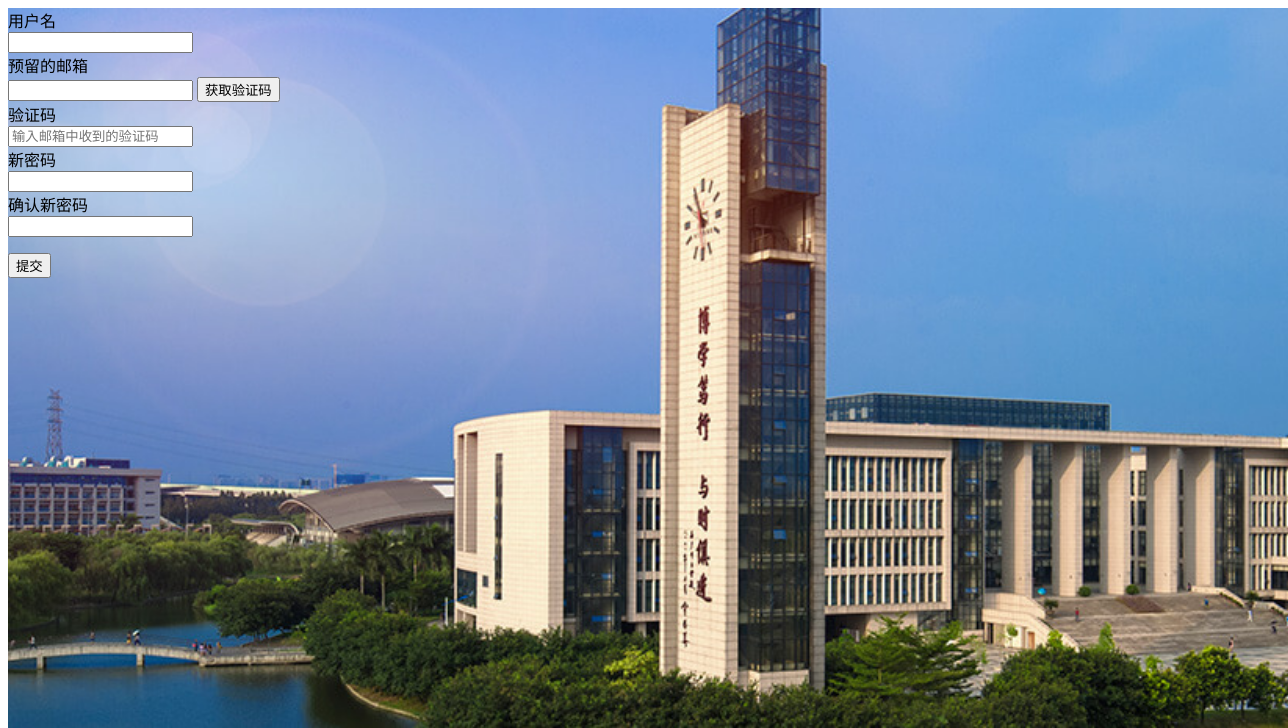
Repository: IAmJiangWenHao/ReportServer
Page: demo.html
The author's editor kept a copy of each file at every save. The page is drawn from the files as they stood at one save, then again after the next save.
The browser window is 1280 px wide. The page is 1288 px wide, so the pictures cover 1288 px, including what lies to the right of the window. The pictures show the whole page.

Above is the page before, as saved 2023-05-16 12:34:01.

After the next save:
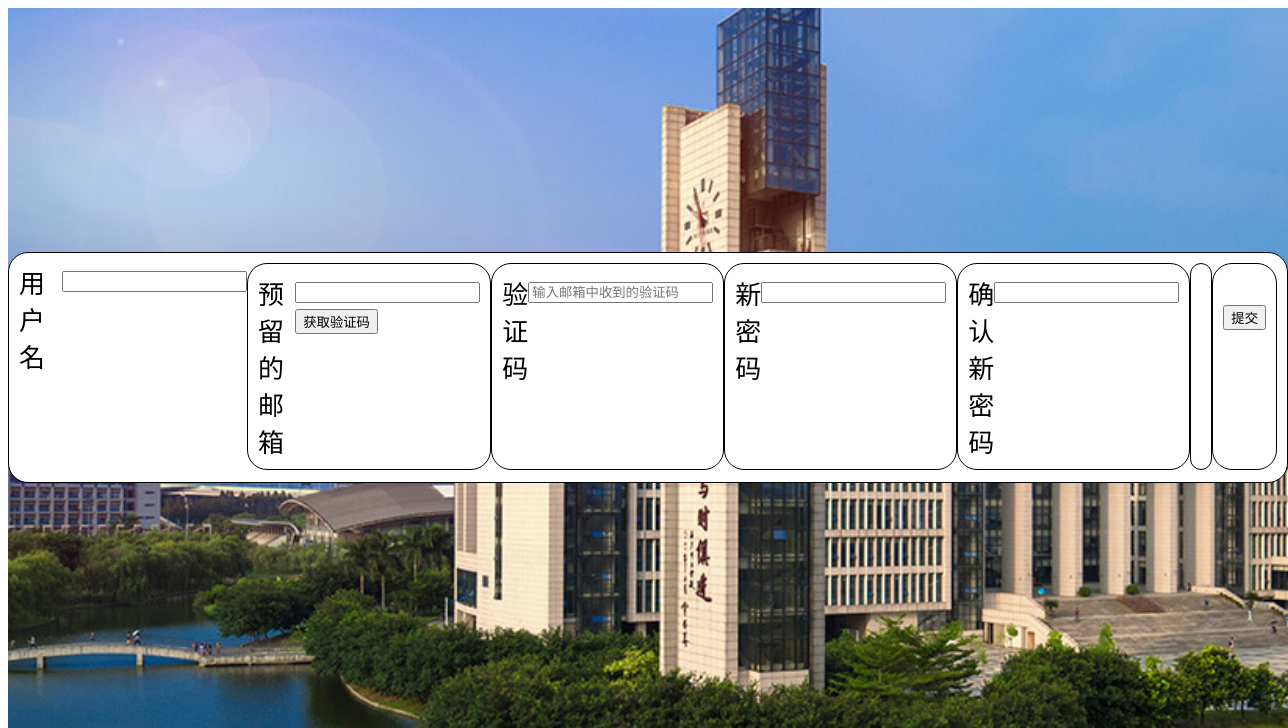
Saved 63 s later.
--- a/demo.html
+++ b/demo.html
@@ -19,16 +19,12 @@
 
     form {
       height: 100%;
-    }
-
-    table {
-      height: 100%;
       display: flex;
       justify-content: center;
       align-items: center;
     }
 
-    table tbody tr {
+    form .hang {
       border: 1px solid black;
       margin-bottom: 2px;
       display: flex;
